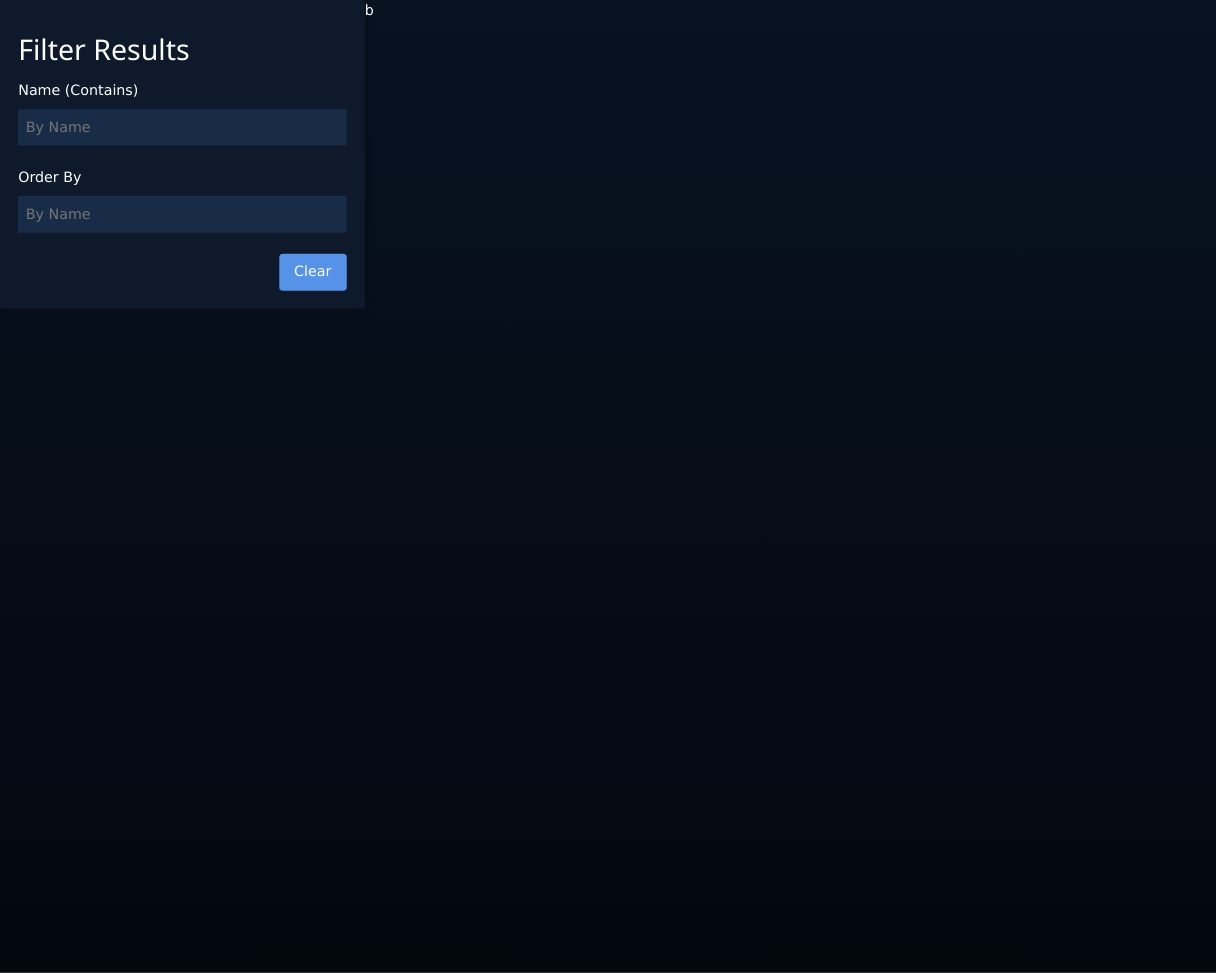
Repository: seyicoded/testestech
Page: /
These files come from the project's save history. The page is drawn as it stood at one moment and after the next save; the edit follows.
The browser window is 1280 px wide. The pictures show the whole page, at 95% of full size.
The project was rebuilt for these pictures with package versions that can differ from the ones it lists, and the page was loaded fresh each time.

Above is the page before, as saved 2022-02-07 13:53:53.

After the next save:
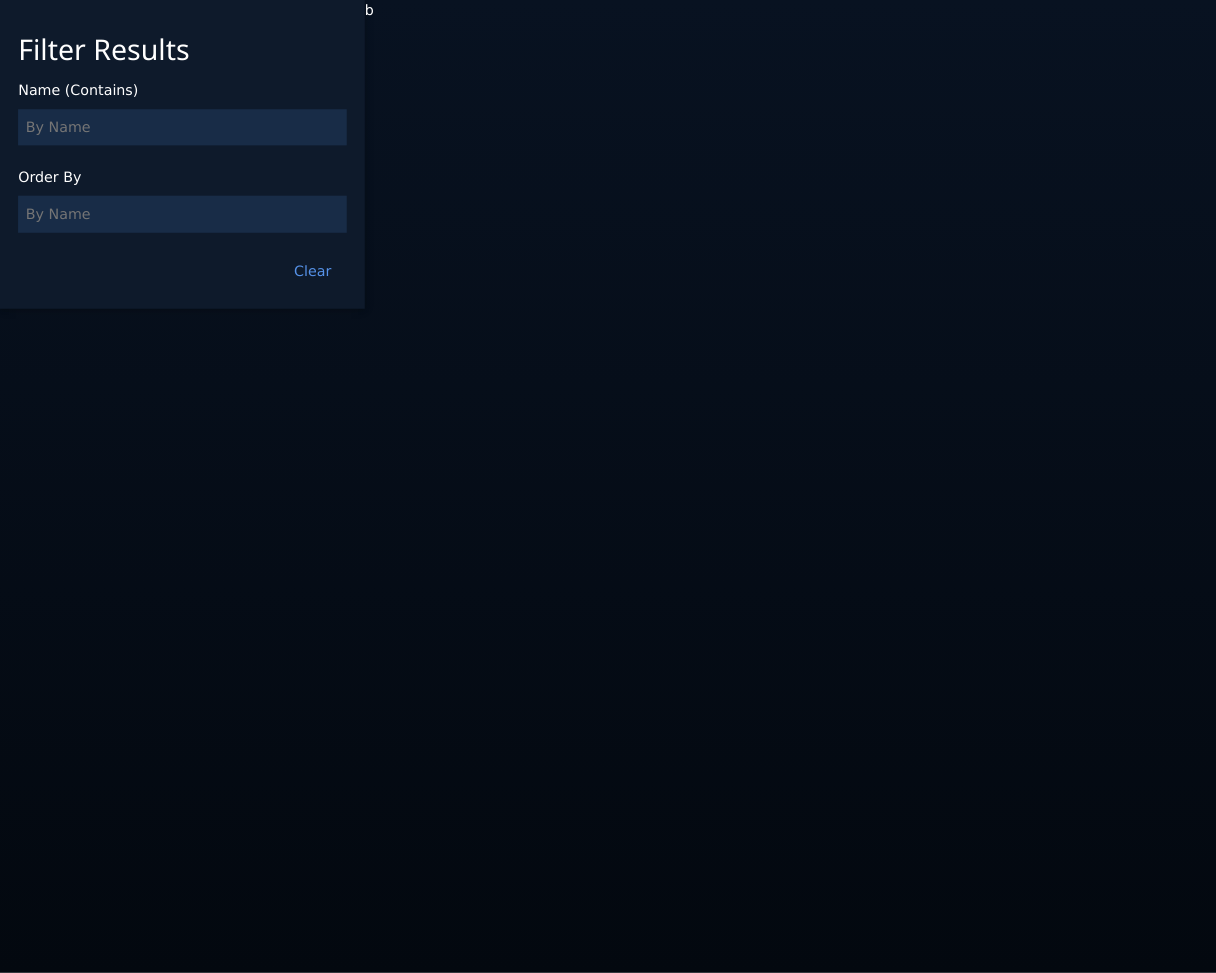
Saved 23 s later.
--- a/src/App.css
+++ b/src/App.css
@@ -90,5 +90,5 @@
 }
 
 .btn-container .w3-btn{
-  background: #5692e8;
+  color: #5692e8;
 }

After the save that followed:
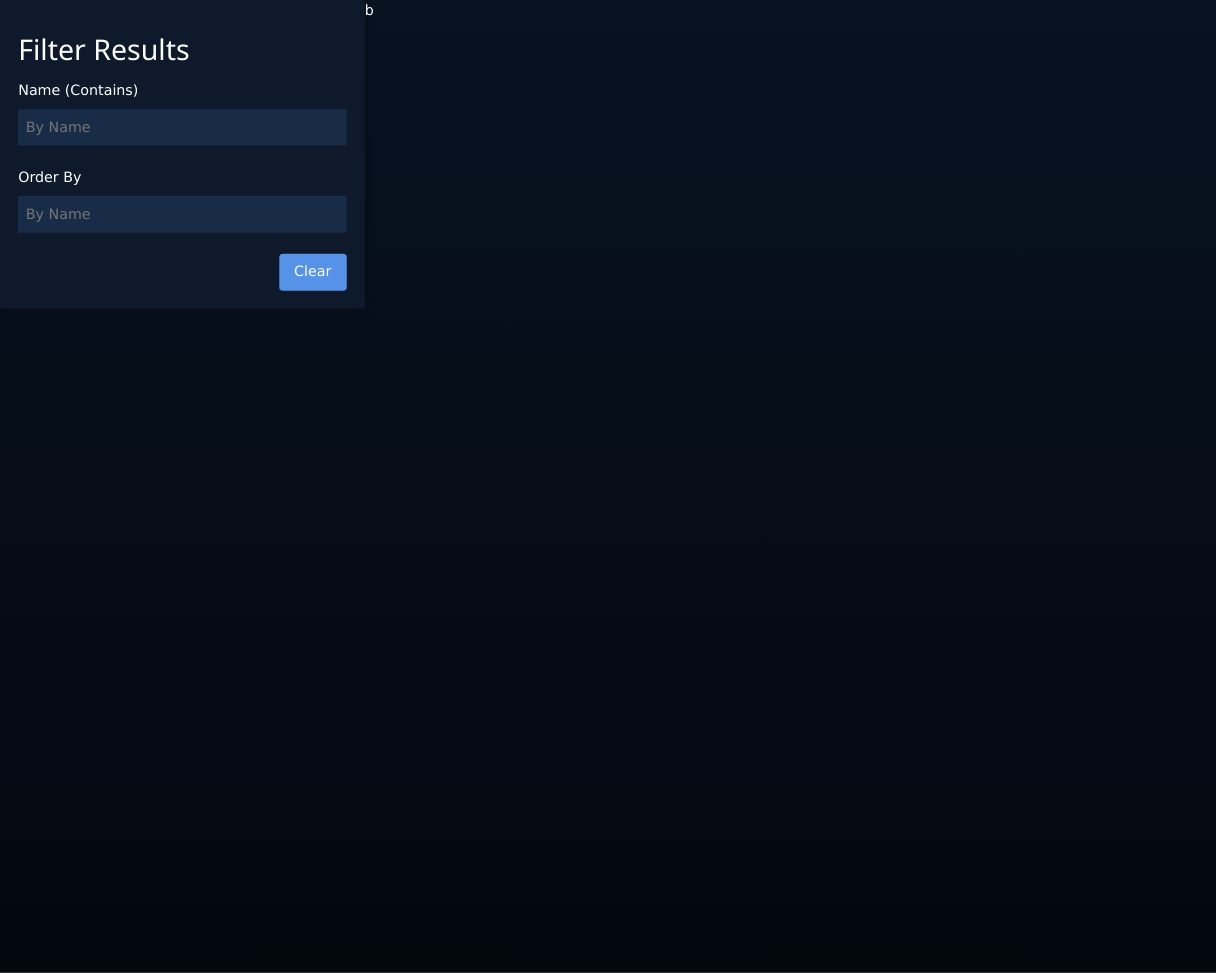
Saved 4 s later.
--- a/src/App.css
+++ b/src/App.css
@@ -90,5 +90,5 @@
 }
 
 .btn-container .w3-btn{
-  color: #5692e8;
+  background: #5692e8;
 }
